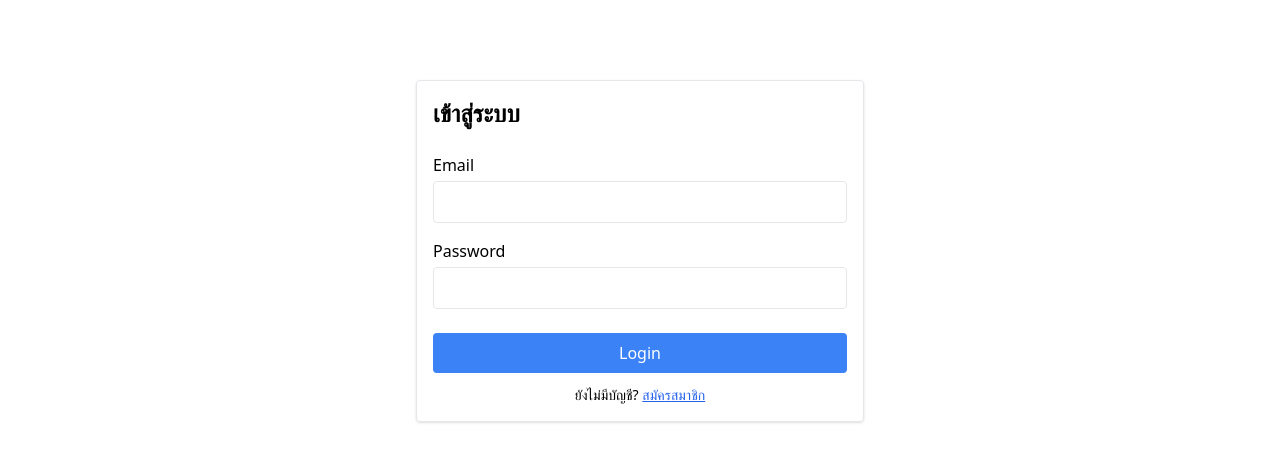
Repository: NongPond/Task_Management_App
Page: / (app in Task Management App/)
An editor plug-in stored every save of this project. The page is shown before and after the next save, followed by the edit.
The browser window is 1280 px wide. The pictures show the whole page.
The project was rebuilt for these pictures with package versions that can differ from the ones it lists, and the page was loaded fresh each time. Also part of the build but not shown: Task Management App/vite.config.ts, Task Management App/src/auth/Register.tsx, Task Management App/src/tasks/Tasks.tsx.

Above is the page before, as saved 2025-04-21 18:40:03.

After the next save:
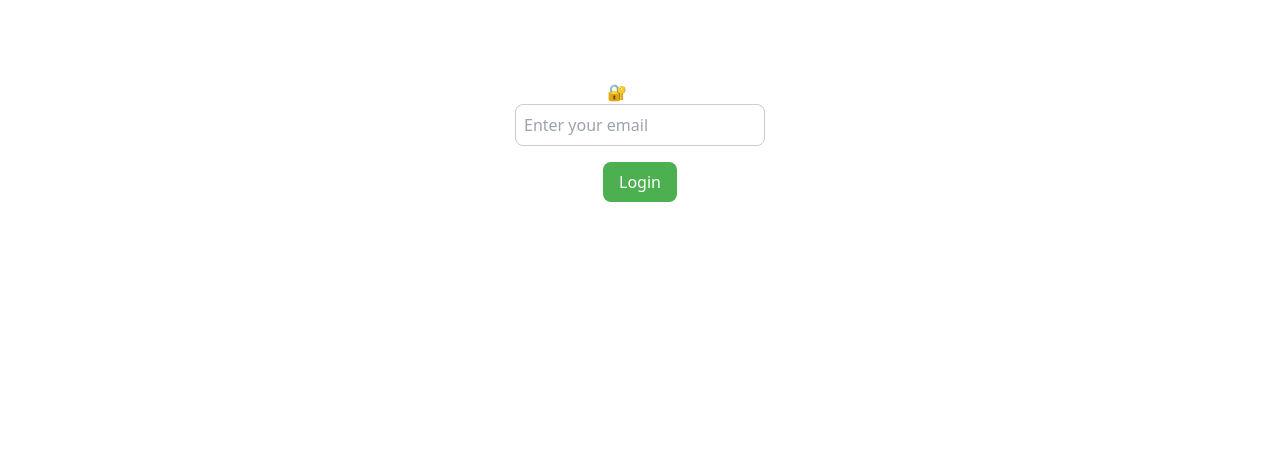
Saved 7 min 30 s later.
--- a/Task Management App/src/auth/Login.tsx
+++ b/Task Management App/src/auth/Login.tsx
@@ -1,66 +1,46 @@
-import { useState } from "react";
-import { useNavigate, Link } from "react-router-dom";
+import { useState } from 'react';
+import { useNavigate } from 'react-router-dom';
 
-function Login() {
-  const [email, setEmail] = useState("");
-  const [password, setPassword] = useState("");
+export default function Login() {
+  const [email, setEmail] = useState('');
   const navigate = useNavigate();
 
   const handleLogin = () => {
-    const users = JSON.parse(localStorage.getItem("users") || "[]");
-
-    const matchedUser = users.find(
-      (user: any) => user.email === email && user.password === password
-    );
-
-    if (matchedUser) {
-      localStorage.setItem("token", "1234");
-      localStorage.setItem("email", email);
-      navigate("/tasks");
-    } else {
-      alert("อีเมลหรือรหัสผ่านไม่ถูกต้อง");
+    if (email.trim()) {
+      localStorage.setItem('email', email);
+      navigate('/tasks');
     }
   };
 
   return (
-    <div className="p-4 max-w-md mx-auto mt-20 border rounded shadow">
-      <h1 className="text-2xl font-bold mb-6">เข้าสู่ระบบ</h1>
-
-      <div className="mb-4">
-        <label className="block mb-1 font-medium">Email</label>
-        <input
-          type="email"
-          value={email}
-          onChange={(e) => setEmail(e.target.value)}
-          className="w-full border px-3 py-2 rounded"
-        />
-      </div>
-
-      <div className="mb-6">
-        <label className="block mb-1 font-medium">Password</label>
-        <input
-          type="password"
-          value={password}
-          onChange={(e) => setPassword(e.target.value)}
-          className="w-full border px-3 py-2 rounded"
-        />
-      </div>
-
+    <div style={{ display: 'flex', flexDirection: 'column', alignItems: 'center', marginTop: '5rem' }}>
+      <h1 style={{ color: 'white' }}>🔐 Login</h1>
+      <input
+        type="email"
+        placeholder="Enter your email"
+        value={email}
+        onChange={e => setEmail(e.target.value)}
+        style={{
+          padding: '0.5rem',
+          borderRadius: '8px',
+          border: '1px solid #ccc',
+          marginBottom: '1rem',
+          width: '250px',
+        }}
+      />
       <button
         onClick={handleLogin}
-        className="w-full bg-blue-500 text-white py-2 rounded hover:bg-blue-600 mb-3"
+        style={{
+          backgroundColor: '#4CAF50',
+          color: 'white',
+          padding: '0.5rem 1rem',
+          border: 'none',
+          borderRadius: '8px',
+          cursor: 'pointer',
+        }}
       >
         Login
       </button>
-
-      <p className="text-sm text-center">
-        ยังไม่มีบัญชี?{" "}
-        <Link to="/register" className="text-blue-600 underline">
-          สมัครสมาชิก
-        </Link>
-      </p>
     </div>
   );
 }
-
-export default Login;
